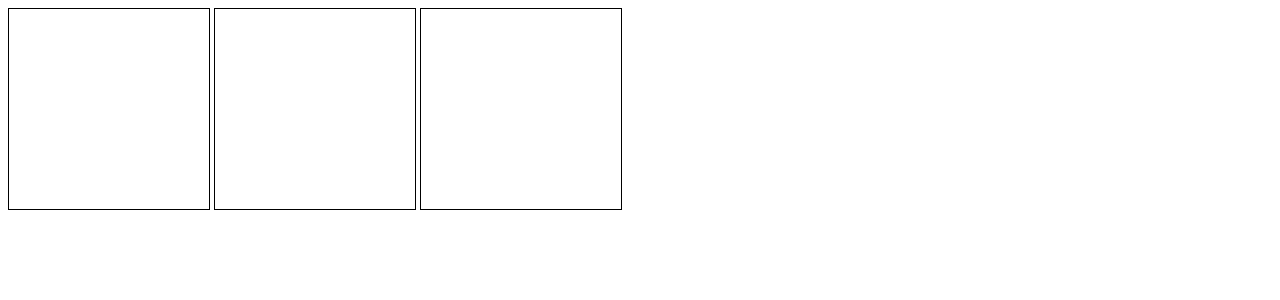
Repository: hidayatmansuri/Media-Query
Page: Index.html
The author's editor kept a record of every edit. The page is drawn from the files as they stood at one moment, then again after the next edit.
The browser window is 1280 px wide. The pictures show the whole page.

Above is the page before.

### Index.html
<!DOCTYPE html>
<html lang="en">
<head>
    <meta charset="UTF-8">
    <meta name="viewport" content="width=device-width, initial-scale=1.0">
    <meta http-equiv="X-UA-Compatible" content="ie=edge">
    <link rel="stylesheet" href="main.css" type="text/css" />
    <title>Document</title>
</head>
<body>
    <div class="container">
        <div class="boxmobile"></div>
        <div class="boxtablet"></div>
        <div class="boxdesktop"></div>
    </div>
</body>
</html>

### main.css
/*.container {
    width: 200px;
    height: 200px;
    border: 1px solid #000;
    display: inline-block;
}*/

.boxmobile {
    width: 200px;
    height: 200px;
    border: 1px solid #000;
    display: inline-block;
}

.boxtablet {
    width: 200px;
    height: 200px;
    border: 1px solid #000;
    display: inline-block;
}

.boxdesktop {
    width: 200px;
    height: 200px;
    border: 1px solid #000;
    display: inline-block;
}

/* Media querie */

@media (max-width: 767px) {
    .mobile {
        background-color: #0997d3;
    }
}

After the next edit:
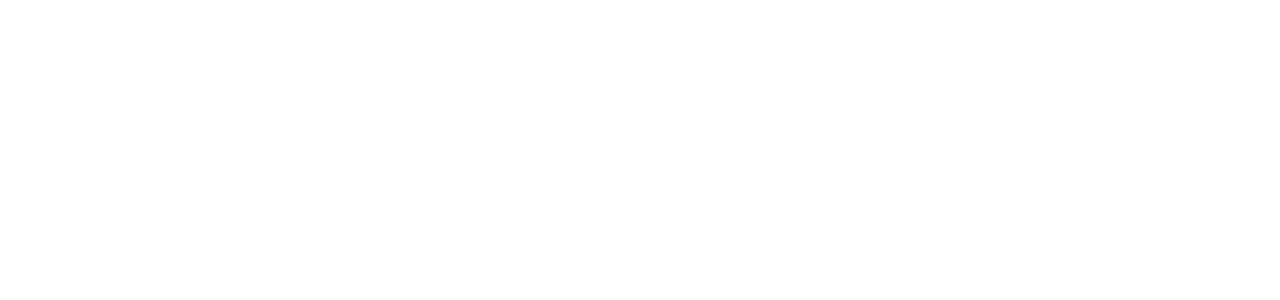
The edit:
--- a/Index.html
+++ b/Index.html
@@ -9,9 +9,9 @@
 </head>
 <body>
     <div class="container">
-        <div class="boxmobile"></div>
-        <div class="boxtablet"></div>
-        <div class="boxdesktop"></div>
+        <div class="box mobile"></div>
+        <div class="box tablet"></div>
+        <div class="box desktop"></div>
     </div>
 </body>
 </html>

After the edit that followed:
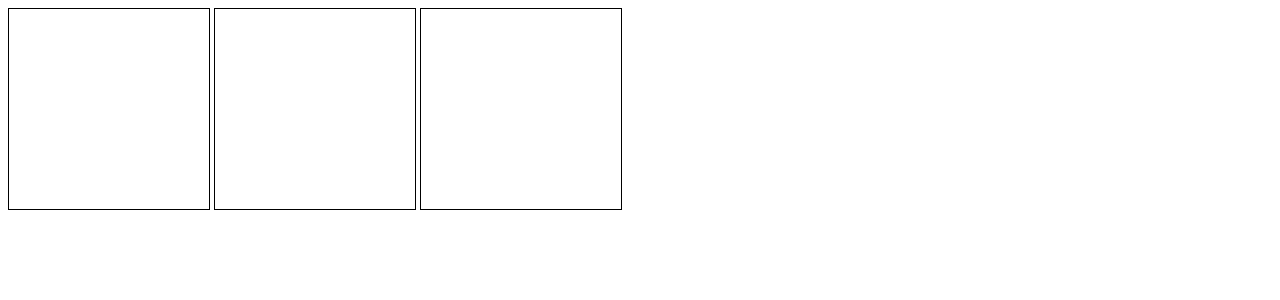
The edit:
--- a/main.css
+++ b/main.css
@@ -5,7 +5,7 @@
     display: inline-block;
 }*/
 
-.boxmobile {
+.box {
     width: 200px;
     height: 200px;
     border: 1px solid #000;
